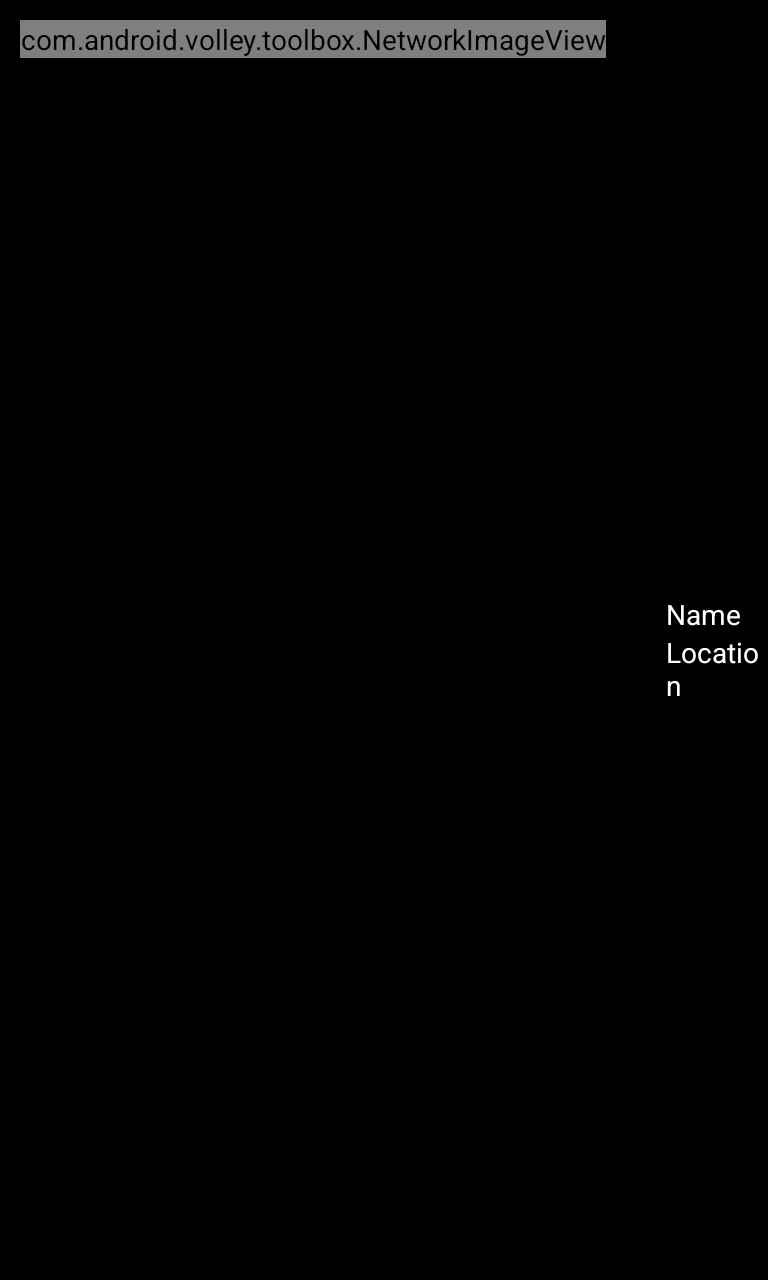
Repository: cnevinc/togather
Layout: GeorgeMe/res/layout/list_item_shop.xml
An editor plug-in stored every save of this project. The layout is shown before and after the next save, followed by the edit.
Pictures or frames that could not be fetched are drawn as grey boxes. It is drawn on a 768 x 1280 px phone screen (xhdpi) without system bars, with theme android:Theme.Holo; the app's code is not run.

Above is the layout before, as saved 2014-07-26 14:57:54.

After the next save:
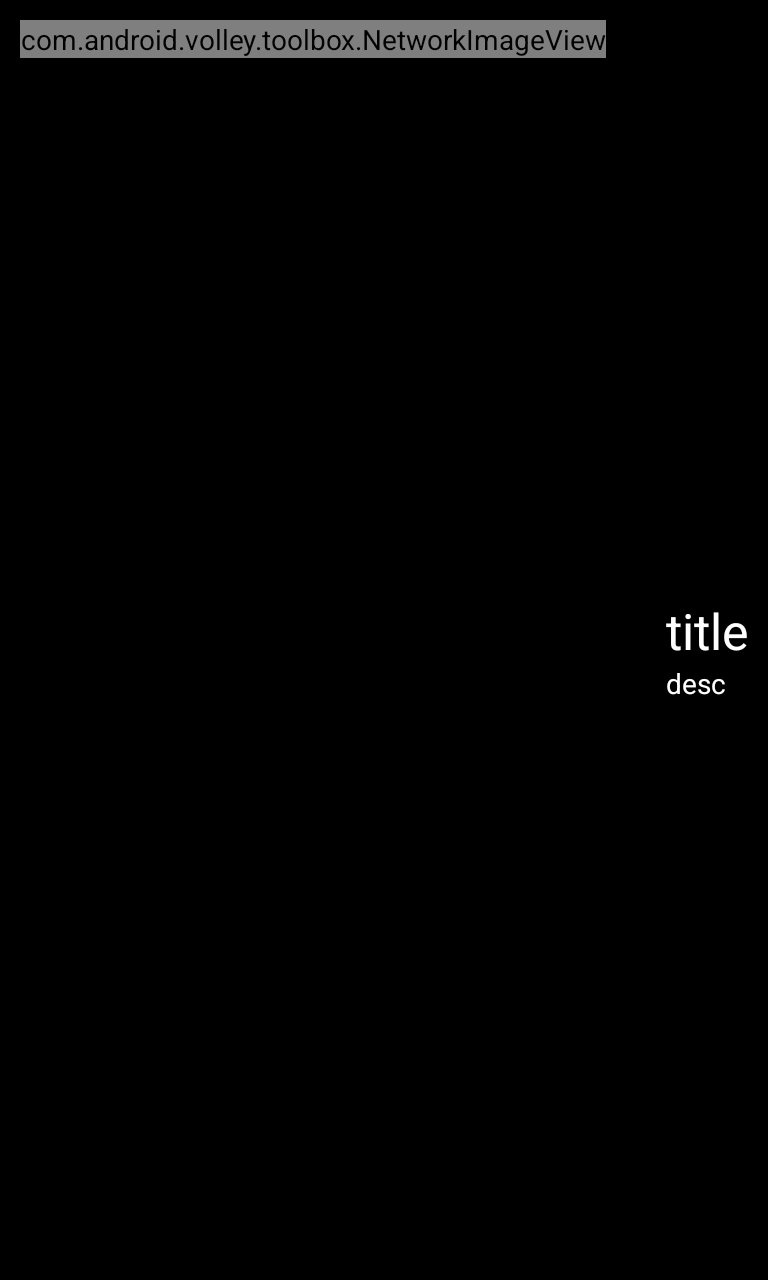
Saved 4 s later.
--- a/GeorgeMe/res/layout/list_item_shop.xml
+++ b/GeorgeMe/res/layout/list_item_shop.xml
@@ -15,6 +15,7 @@
             android:layout_height="wrap_content"
             android:layout_centerInParent="true"
             android:text="Name"
+            android:textSize="20sp"
             android:textColor="#ffffff" />
     </RelativeLayout>
 
@@ -29,7 +30,7 @@
 
         <com.android.volley.toolbox.NetworkImageView
             xmlns:app="http://schemas.android.com/apk/res-auto"
-            android:id="@+id/user_image"
+            android:id="@+id/thumbail"
             android:layout_width="wrap_content"
             android:layout_height="wrap_content"
             android:layout_marginLeft="10dp"
@@ -44,27 +45,28 @@
             android:layout_height="wrap_content"
             android:layout_centerInParent="true"
             android:layout_marginLeft="20dp"
-            android:layout_toRightOf="@+id/user_image"
+            android:layout_toRightOf="@+id/thumbail"
             android:gravity="center" >
 
             <!-- android:layout_alignParentTop="true" -->
 
             <TextView
-                android:id="@+id/user_name"
+                android:id="@+id/title"
                 android:layout_width="wrap_content"
                 android:layout_height="wrap_content"
                 android:layout_marginLeft="10dp"
                 android:layout_marginTop="10dp"
-                android:text="Name"
+                android:textSize="25sp"
+                android:text="title"
                 android:textColor="#ffffff" />
 
             <TextView
-                android:id="@+id/user_location"
+                android:id="@+id/desc"
                 android:layout_width="wrap_content"
                 android:layout_height="wrap_content"
-                android:layout_below="@+id/user_name"
+                android:layout_below="@+id/title"
                 android:layout_marginLeft="10dp"
-                android:text="Location"
+                android:text="desc"
                 android:textColor="#ffffff" />
         </RelativeLayout>
     </RelativeLayout>
